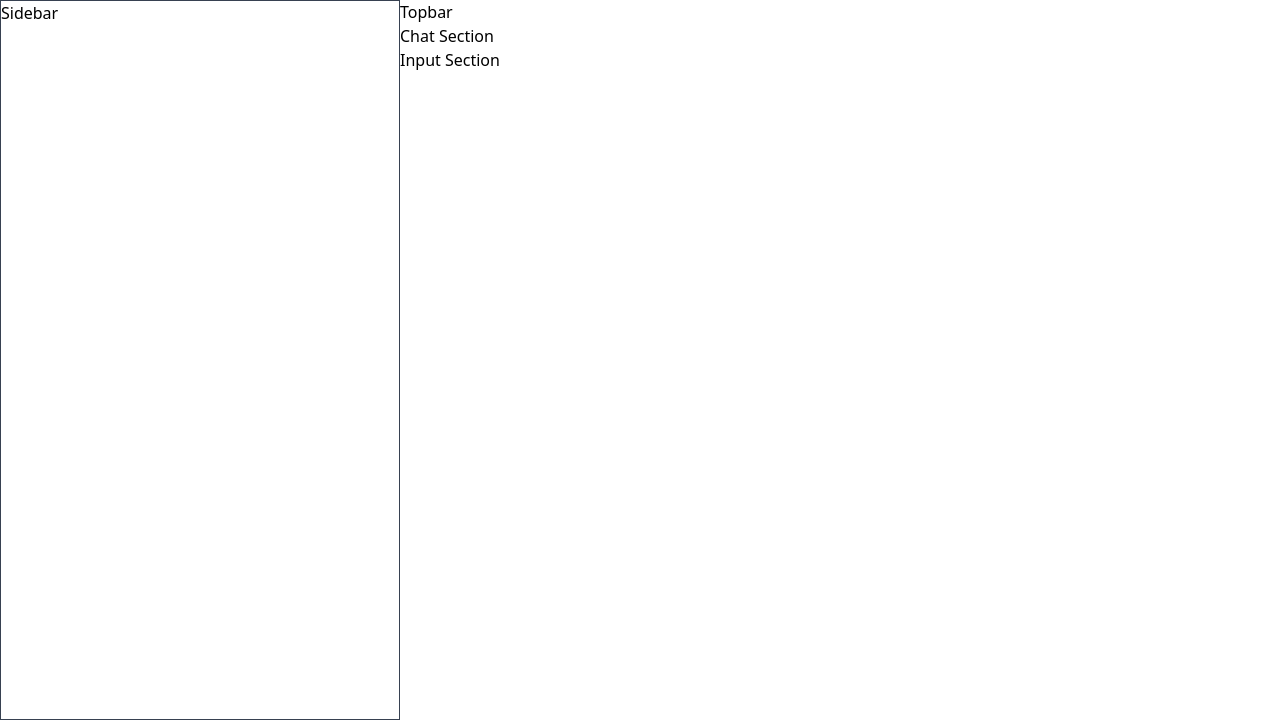
Repository: Qu4ntumGuy/telegram-clone
Page: /
The author's editor kept a copy of each file at every save. The page is drawn from the files as they stood at one save, then again after the next save.
The browser window is 1280 px wide. The pictures show the whole page.
The project was rebuilt for these pictures with package versions that can differ from the ones it lists, and the page was loaded fresh each time. Also part of the build but not shown: src/Utils/ContextProvider.js.

Above is the page before, as saved 2024-07-15 10:54:26.

After the next save:
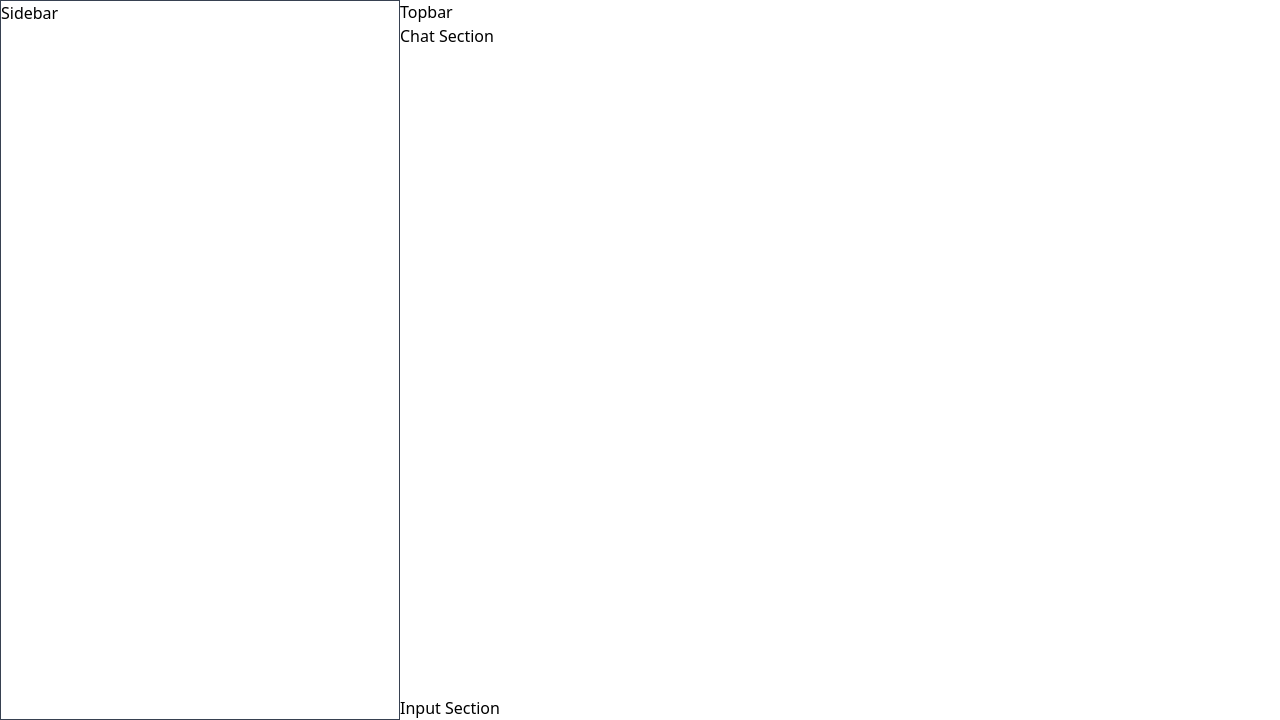
Saved 33 s later.
--- a/src/Pages/Home/Home.js
+++ b/src/Pages/Home/Home.js
@@ -5,7 +5,7 @@ function Home() {
     <div className="flex flex-col">
       <div>Topbar</div>
       <div>Chat Section</div>
-      <div>Input Section</div>
+      <div className="bottom-0 mt-auto">Input Section</div>
     </div>
   );
 }
